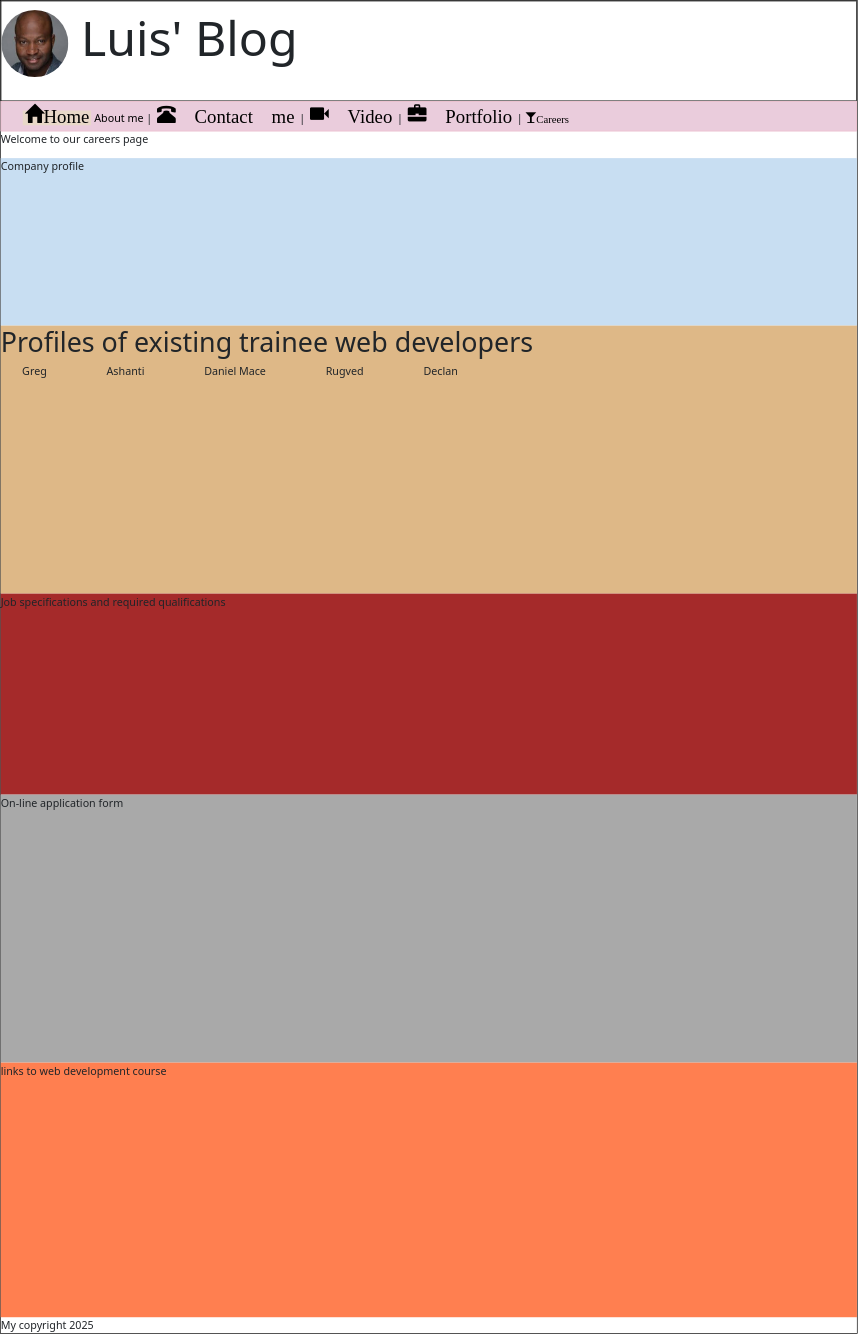
Repository: wduluis/wduluis.github.io
Page: careers.html
The author's editor kept a copy of each file at every save. The page is drawn from the files as they stood at one save, then again after the next save.
The browser window is 1280 px wide. The pictures show the whole page, at 67% of full size.

Above is the page before, as saved 2025-05-09 10:47:23.

### careers.html
<!doctype html>
<html lang="en-GB">

<head>
<meta charset="utf-8" />
<meta name="viewport" content="width=width-device, initial-scale=1 strink-to-fit=no" />
<meta description="Website development, Web design" />
<title>Luis's Blog </title>
<link rel="stylesheet" type="text/css" href="mycss/myblog.css" />
<script type="text/javascript" src="myjsfiles/mytasks.js"/> </script>

<link rel="stylesheet" type="text/css" href="my_bootstrap/css/bootstrap.min.css" />

<link rel="stylesheet" type="text/css" href="glyphicons-only-bootstrap/css/bootstrap.min.css" />

<script type="text/javascript" src="my_bootstrap/js/bootstrap.min.js" /> </script>

<script type="text/javascript" src="my_jquery/jquery-3.7.1.min.js" /> </script>




</head>
<body>
<div id="mypage">
<div id="banner"> <img src="images/luis_photo.jpg" alt="photo of Luis Ibhiabor" width="100" height="100"/> Luis' Blog</div>
<div id="topnav">
<ul>
<li class="hm"> <a href="index.html" class="glyphicon glyphicon-home gi-2x">Home</a></li>
<li> <a href="aboutus.html"> About me </a> </li> |
<li> <a href="contacts.html" class="glyphicon glyphicon-phone-alt gi-2x"> Contact me </a> </li> |
<li> <a href="video.html" class="glyphicon glyphicon glyphicon-facetime-video gi-2x"> Video </a> </li> |
<li> <a href="portfolio.html" class="glyphicon glyphicon glyphicon-briefcase gi-2x"> Portfolio </a> </li> |
<li> <a href="careers.html" class="glyphicon glyphicon-glass g1-2x">Careers</a></li>

</ul>
</div>

<div id="contentarea">
<p> Welcome to our careers page</p>

<div class="company_profile"><p>Company profile</p></div>

<div class="current_trainees"><h1>Profiles of existing trainee web developers</h1>
<ul>
    <li class="name">Greg</li>
    <li class="name">Ashanti</li>
    <li class="name">Daniel Mace</li>
    <li class="name">Rugved</li>
    <li class="name">Declan</li>
</ul>


</div>

<div class="job_spec"><p>Job specifications and required qualifications</p></div>
<div class="application_form"><p>On-line application form</p></div>

<div class="our_courses"><p>links to web development course</p></div>

 </div>

<div id="pagefooter"> My copyright 2025 </div>

</div>
</body>
</html>

### mycss/myblog.css

body {
background-color: #fff;
font-family: Arial, Helvetica, sans-serif;
}

#mypage {
border: 1px solid #000;
/* width: 1400px; */
width: 100%;
}

#banner {
height: 150px;
border: 1px solid #000;
}

#topnav {
height: 45px;
border: 1px solid #edbcca;
}

/*Improving it starts here*/
#topnav {
background-color: #eaccdc;

}

.gi-2x{font-size: 28px; padding: 3px;}
.gi-3x{font-size: 3em;}
.gi-4x{font-size: 4em;}
.gi-5x{font-size: 5em;}


#banner img {
border-radius: 50%;

/*height: 100px; width: 100px; background-color: #ff5733; margin: auto;*/
}

/*Improving it ends here*/


#topnav ul li{
text-decoration: none;
display: inline;
}

#topnav a:link {
text-decoration: none;
color: #000;
}

#topnav a:visited {
color: #caadce;
}

#topnav a:hover {
background-color: #000;
}

#contentarea {
height: auto;
/* height: 700px; */

}


#banner {
font-size: 450%;

}

.hm {
height: 25px;
background-color: #e8d8c8;
}




/*
#topnav ul li {
text-decoration: none;
display: inline;

}

https://developers.google.com/fonts/docs/getting_started

#mypage {


border: 1px solid #000;
}

*/

.company_profile {
    width: 100%;
    height: 250px;
    background-color: #c8def2;
    /* border-radius: 8px;
    margin: 10px; */
}

.current_trainees {
    width: 100%;
    height: 400px;
    background-color:burlywood;
}

.job_spec {
    width: 100%;
    height: 300px;
    background-color:brown;
}

.application_form {
    width: 100%;
    height: 400px;
    background-color:darkgray;
}

.our_courses {
    width: 100%;
    height: 380px;
    background-color: coral;
}

.current_trainees ul li{
    display: inline;
    margin-right: 85px;
}

### myjsfiles/mytasks.js
/*
document.write("Hello World!");
window.alert("Welcome to my blog!");
*/

Loaded but not shown: my_bootstrap/css/bootstrap.min.css (library); glyphicons-only-bootstrap/css/bootstrap.min.css (library); my_bootstrap/js/bootstrap.min.js (library); my_jquery/jquery-3.7.1.min.js (library)

After the next save:
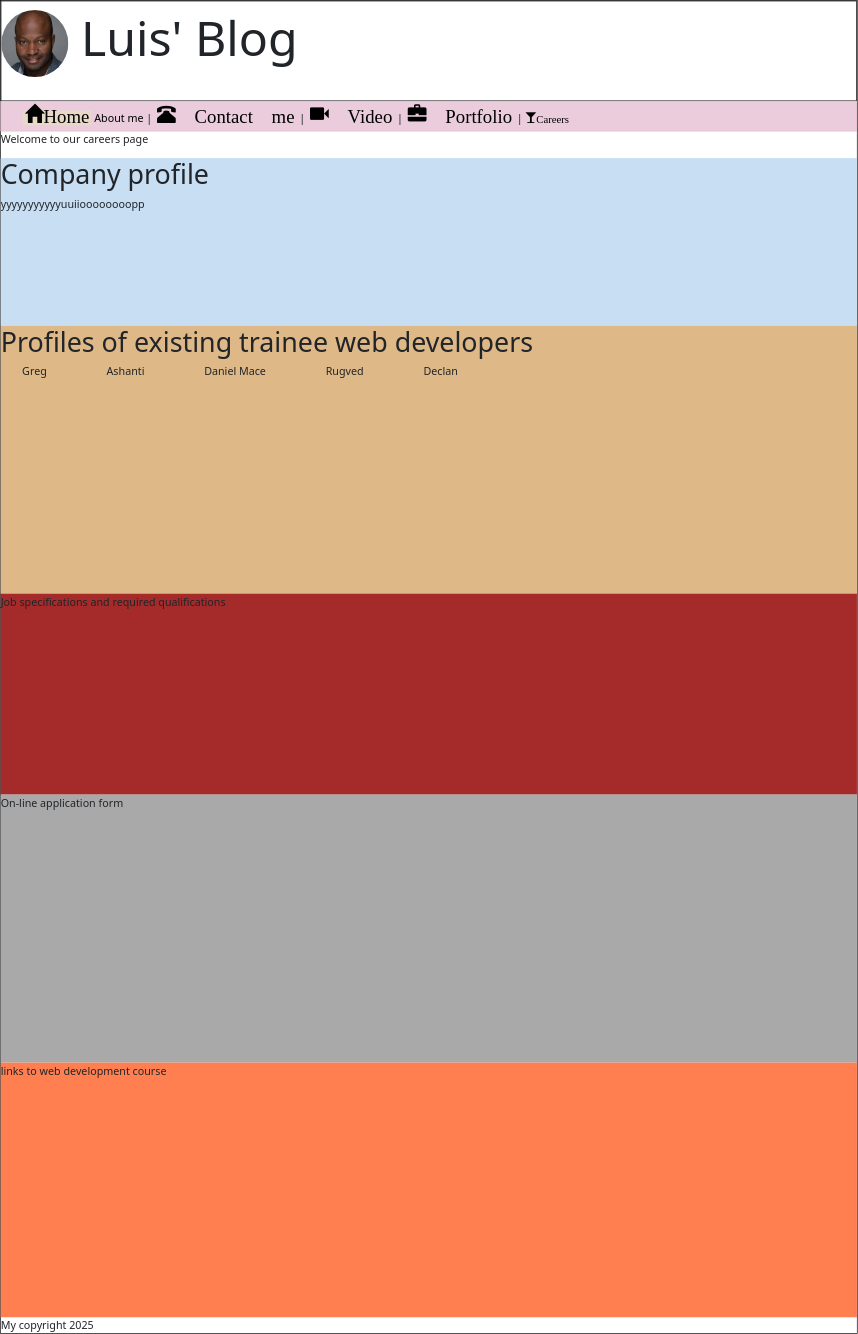
Saved 78 min 18 s later.
--- a/careers.html
+++ b/careers.html
@@ -39,7 +39,12 @@
 <div id="contentarea">
 <p> Welcome to our careers page</p>
 
-<div class="company_profile"><p>Company profile</p></div>
+<div class="company_profile">
+    <h1>Company profile</h1>
+    <p>yyyyyyyyyyyuuiioooooooopp</p>
+
+
+</div>
 
 <div class="current_trainees"><h1>Profiles of existing trainee web developers</h1>
 <ul>
